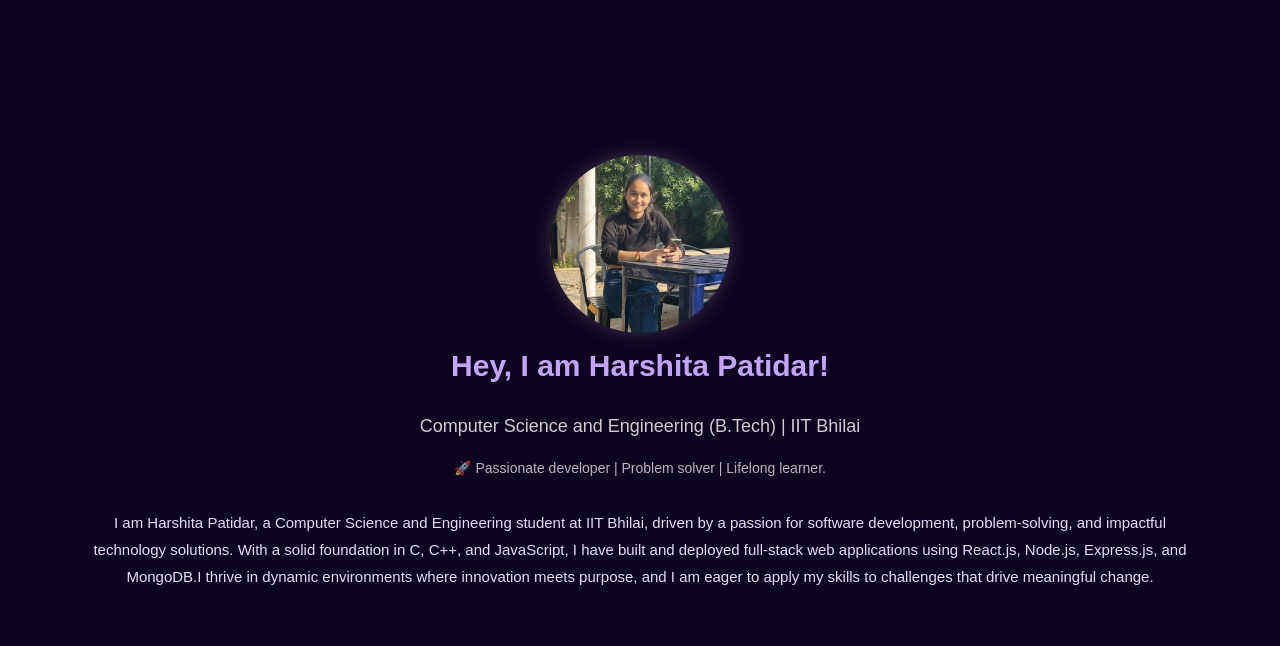
Repository: harshitap1305/Portfolio
Page: /
These files come from the project's save history. The page is drawn as it stood at one moment and after the next save; the edit follows.
The browser window is 1280 px wide. The pictures show the whole page.
The project was rebuilt for these pictures with package versions that can differ from the ones it lists, and the page was loaded fresh each time. Also part of the build but not shown: vite.config.js.

Above is the page before, as saved 2025-03-27 17:28:18.

After the next save:
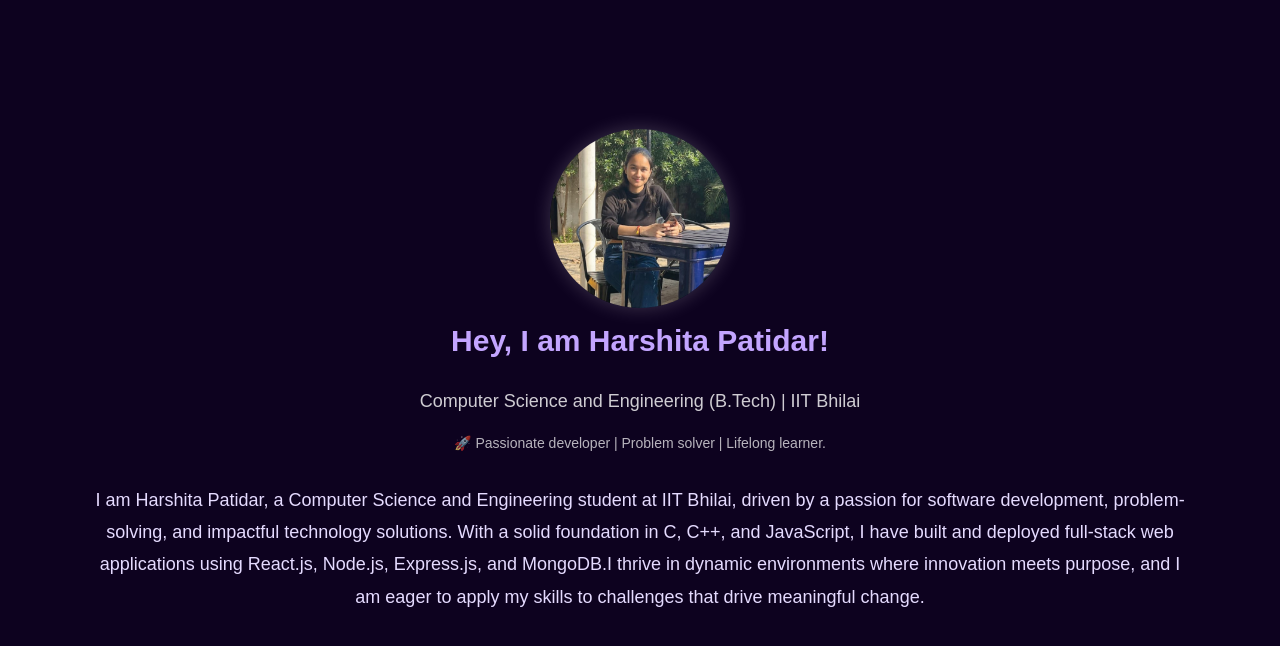
Saved 24 s later.
--- a/src/App.css
+++ b/src/App.css
@@ -41,7 +41,7 @@
 }
 /* Intro Box */
 .intro {
-  font-size: 15px;
+  font-size: 18px;
   line-height: 1.8;
   max-width: 1100px;
   text-align: center;

After the 2 saves that followed:
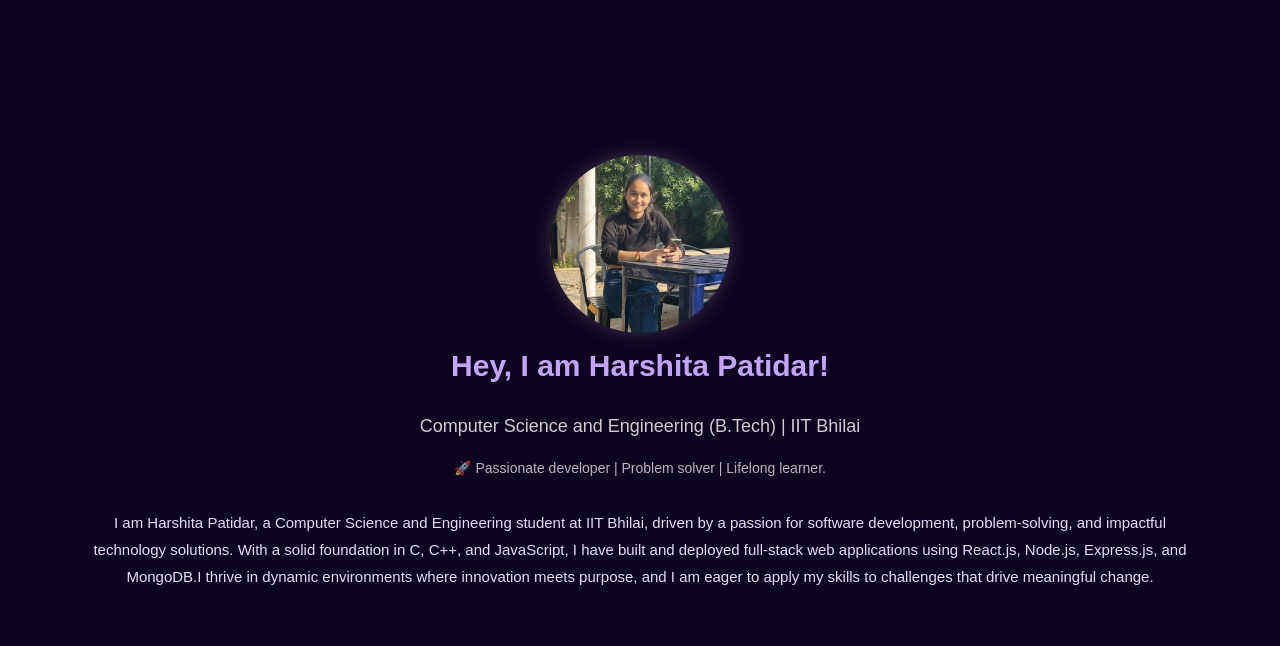
The 2 saves are shown as one change because they came seconds apart.
The last was saved 9 s later.
--- a/src/App.css
+++ b/src/App.css
@@ -41,7 +41,7 @@
 }
 /* Intro Box */
 .intro {
-  font-size: 18px;
+  font-size: 15px;
   line-height: 1.8;
   max-width: 1100px;
   text-align: center;
